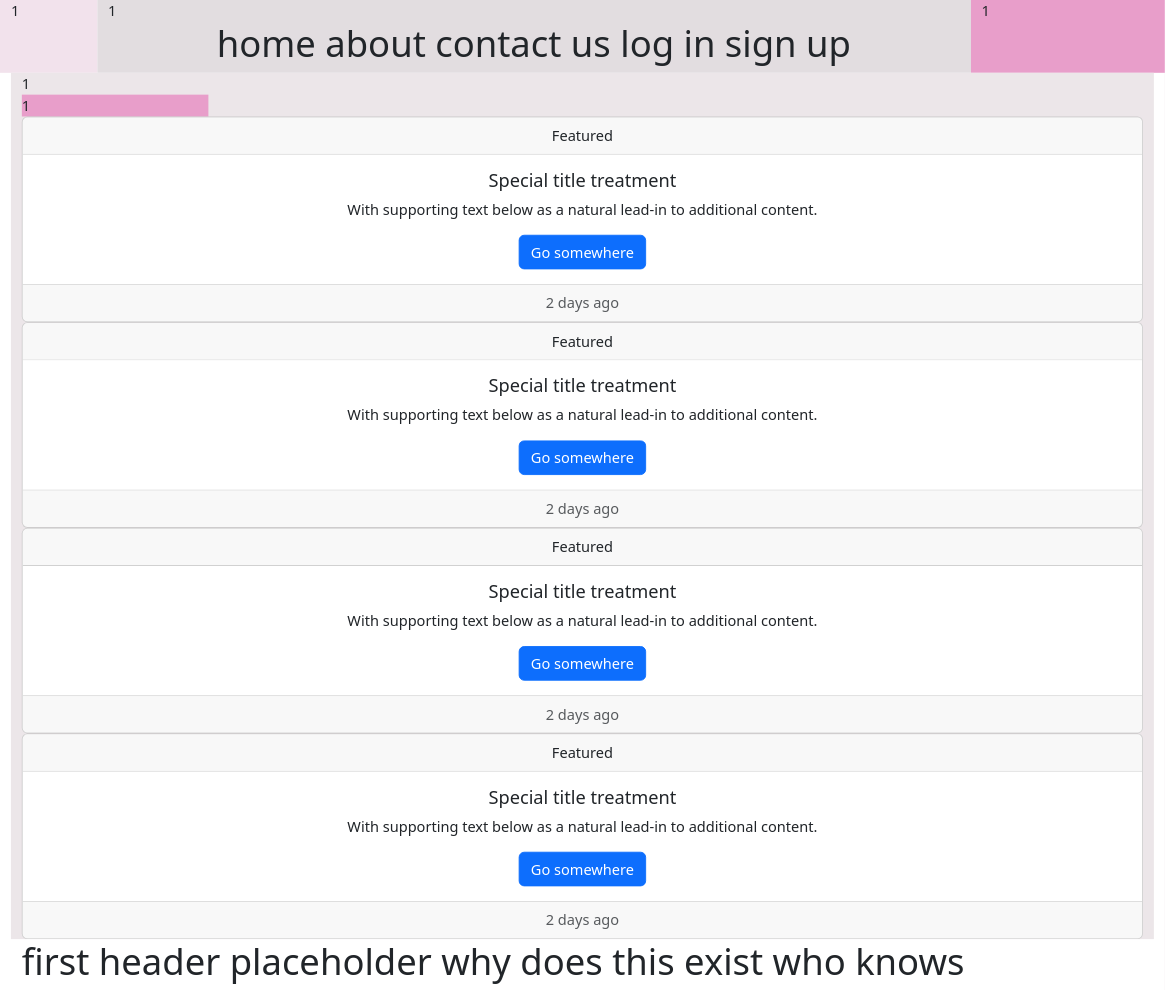
Repository: Treestr/classroom-assistant
Page: templates/homepage.html
The author's editor kept a copy of each file at every save. The page is drawn from the files as they stood at one save, then again after a run of saves.
The browser window is 1280 px wide. The pictures show the whole page, at 91% of full size.
The template is drawn by Flask 3. The application's start-up code is not run. Other server files are loaded and not shown. The template is opened directly, without the code that normally fills it, so the values that code supplies are empty.

Above is the page before, as saved 2024-04-21 22:05:24.

### templates/homepage.html
<!DOCTYPE html>
<html lang="en">
  <head>
    <meta charset="utf-8" />
    <meta name="viewport" content="width=device-width, initial-scale=1" />
    <title>Bootstrap demo</title>
    <link
      href="https://cdn.jsdelivr.net/npm/bootstrap@5.3.3/dist/css/bootstrap.min.css"
      rel="stylesheet"
      integrity="sha384-QWTKZyjpPEjISv5WaRU9OFeRpok6YctnYmDr5pNlyT2bRjXh0JMhjY6hW+ALEwIH"
      crossorigin="anonymous"
    />
  </head>
  <body>
    <div class="container-fluid">


        <!-- first row -->
      <div class="row">
        <div class="col-1" style="background-color: rgb(242, 226, 236)">1</div>
          <div class="col-9" style="background-color: rgb(226, 221, 224)">1
          <h1><center>home about contact us log in sign up </center></h1>
        </div>
           <div class="col-2" style="background-color: rgb(232, 158, 202)">1</div>
      </div>

      <div class="container-fluid">
    <div class="row">
        <div class="col-12" style="background-color: rgb(236, 230, 233)">1
            <div class="col-2" style="background-color: rgb(232, 158, 202)">1</div>





<div class="card text-center">
  <div class="card-header">
    Featured
  </div>
  <div class="card-body">
    <h5 class="card-title">Special title treatment</h5>
    <p class="card-text">With supporting text below as a natural lead-in to additional content.</p>
    <a href="#" class="btn btn-primary">Go somewhere</a>
  </div>
  <div class="card-footer text-body-secondary">
    2 days ago
  </div>
</div>

<div class="card text-center">
  <div class="card-header">
    Featured
  </div>
  <div class="card-body">
    <h5 class="card-title">Special title treatment</h5>
    <p class="card-text">With supporting text below as a natural lead-in to additional content.</p>
    <a href="#" class="btn btn-primary">Go somewhere</a>
  </div>
  <div class="card-footer text-body-secondary">
    2 days ago
  </div>
</div>

<div class="card text-center">
  <div class="card-header">
    Featured
  </div>
  <div class="card-body">
    <h5 class="card-title">Special title treatment</h5>
    <p class="card-text">With supporting text below as a natural lead-in to additional content.</p>
    <a href="#" class="btn btn-primary">Go somewhere</a>
  </div>
  <div class="card-footer text-body-secondary">
    2 days ago
  </div>
</div>
<div class="card text-center">
  <div class="card-header">
    Featured
  </div>
  <div class="card-body">
    <h5 class="card-title">Special title treatment</h5>
    <p class="card-text">With supporting text below as a natural lead-in to additional content.</p>
    <a href="#" class="btn btn-primary">Go somewhere</a>
  </div>
  <div class="card-footer text-body-secondary">
    2 days ago
  </div>
</div>





        </div>

    </div>
    <h1>first header placeholder why does this exist who knows</h1>
    <script
      src="https://cdn.jsdelivr.net/npm/bootstrap@5.3.3/dist/js/bootstrap.bundle.min.js"
      integrity="sha384-YvpcrYf0tY3lHB60NNkmXc5s9fDVZLESaAA55NDzOxhy9GkcIdslK1eN7N6jIeHz"
      crossorigin="anonymous"
    ></script>
    <script
      src="https://cdn.jsdelivr.net/npm/@popperjs/core@2.11.8/dist/umd/popper.min.js"
      integrity="sha384-I7E8VVD/ismYTF4hNIPjVp/Zjvgyol6VFvRkX/vR+Vc4jQkC+hVqc2pM8ODewa9r"
      crossorigin="anonymous"
    ></script>
    <script
      src="https://cdn.jsdelivr.net/npm/bootstrap@5.3.3/dist/js/bootstrap.min.js"
      integrity="sha384-0pUGZvbkm6XF6gxjEnlmuGrJXVbNuzT9qBBavbLwCsOGabYfZo0T0to5eqruptLy"
      crossorigin="anonymous"
    ></script>
  </body>
</html>

After the next 3 saves:
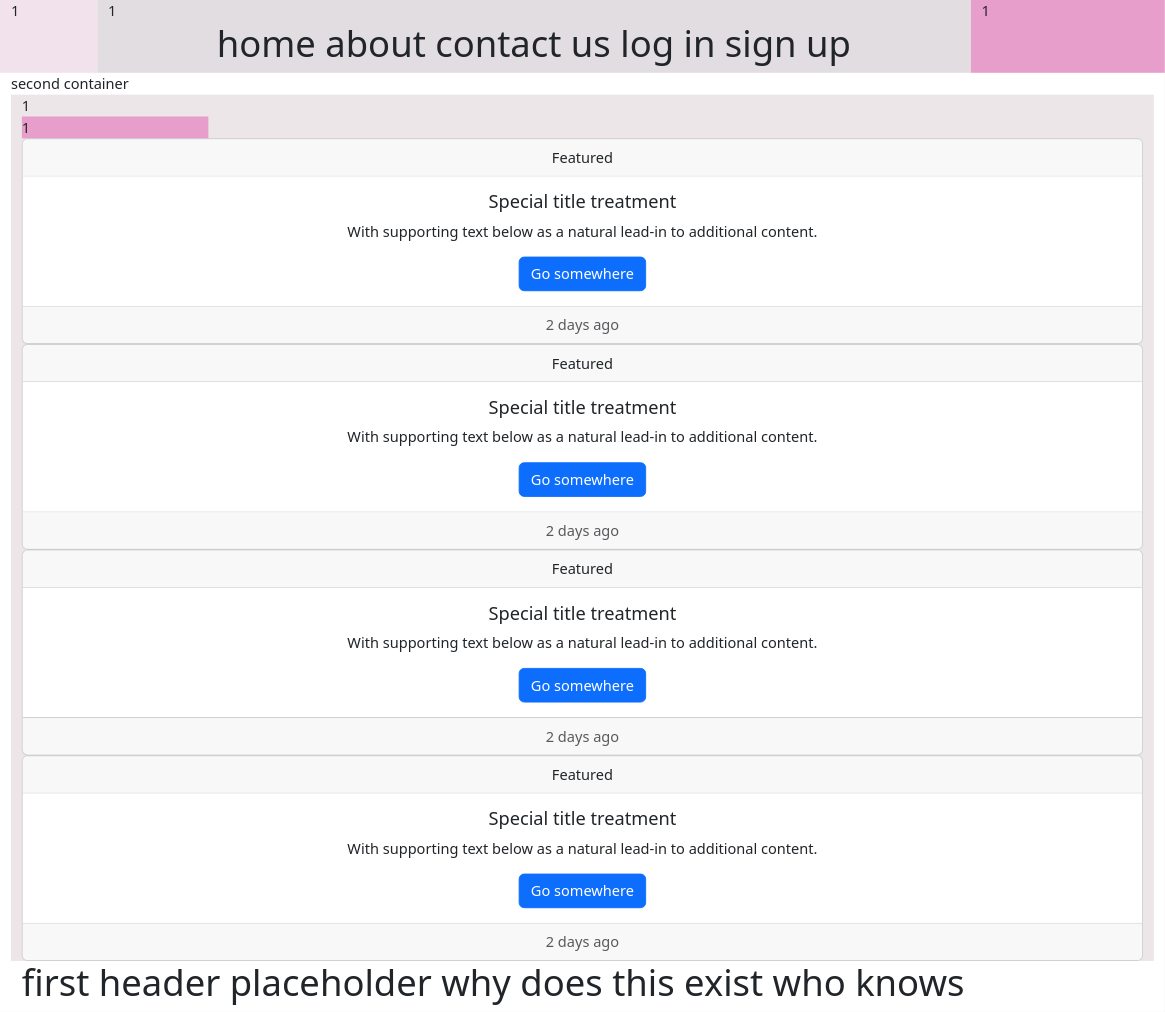
The 3 saves are shown as one change because they came seconds apart.
The last was saved 15 s later.
--- a/templates/homepage.html
+++ b/templates/homepage.html
@@ -24,6 +24,7 @@
            <div class="col-2" style="background-color: rgb(232, 158, 202)">1</div>
       </div>
 
+      second container
       <div class="container-fluid">
     <div class="row">
         <div class="col-12" style="background-color: rgb(236, 230, 233)">1

After the save that followed:
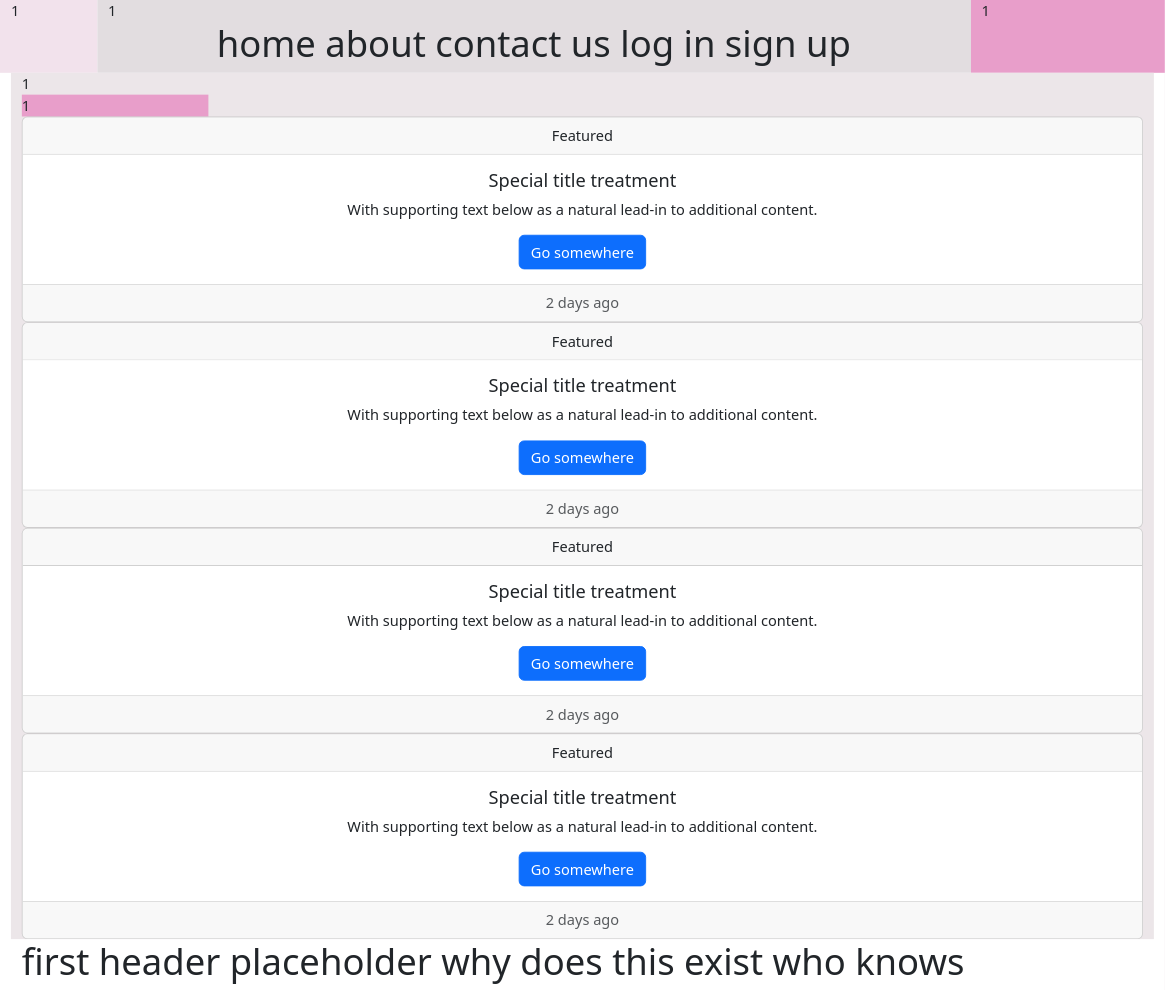
Saved 4 s later.
--- a/templates/homepage.html
+++ b/templates/homepage.html
@@ -24,7 +24,7 @@
            <div class="col-2" style="background-color: rgb(232, 158, 202)">1</div>
       </div>
 
-      second container
+      <!-- second container -->
       <div class="container-fluid">
     <div class="row">
         <div class="col-12" style="background-color: rgb(236, 230, 233)">1
